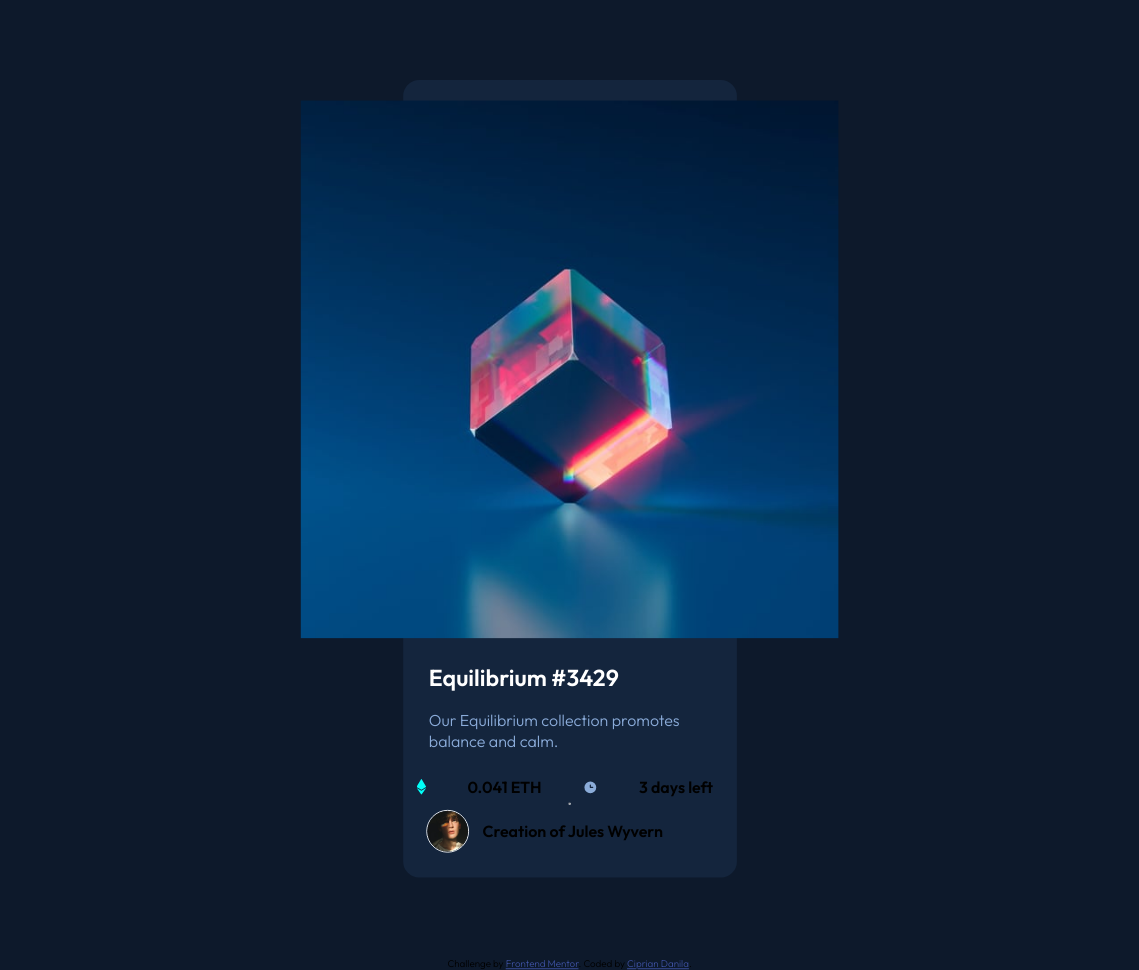
Repository: cipdanila/NFT-preview-card-component
Page: index.html
The author's editor kept a copy of each file at every save. The page is drawn from the files as they stood at one save, then again after the next save.
The browser window is 1280 px wide. The pictures show the whole page, at 89% of full size.

Above is the page before, as saved 2024-01-28 19:55:22.

After the next save:
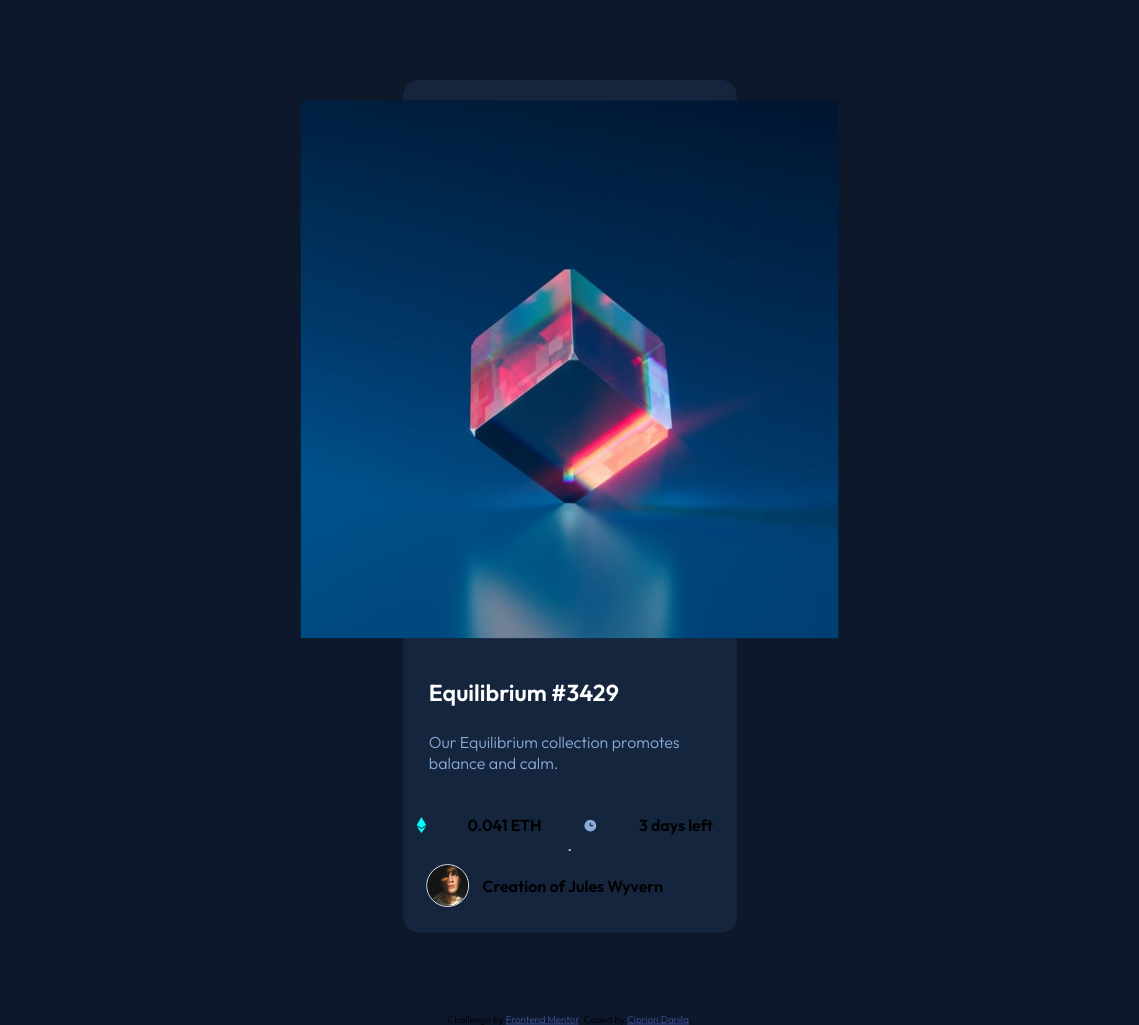
Saved 31 s later.
--- a/style.css
+++ b/style.css
@@ -13,12 +13,12 @@
 }
 
 *, *::after, *::before {
-    margin: 0;
-    padding: 0;
     box-sizing: border-box;
 }
 
 body, html {
+    margin: 0;
+    padding: 0;
     display: flex;
     flex-direction: column;
     font-family: "Outfit", sans-serif;
